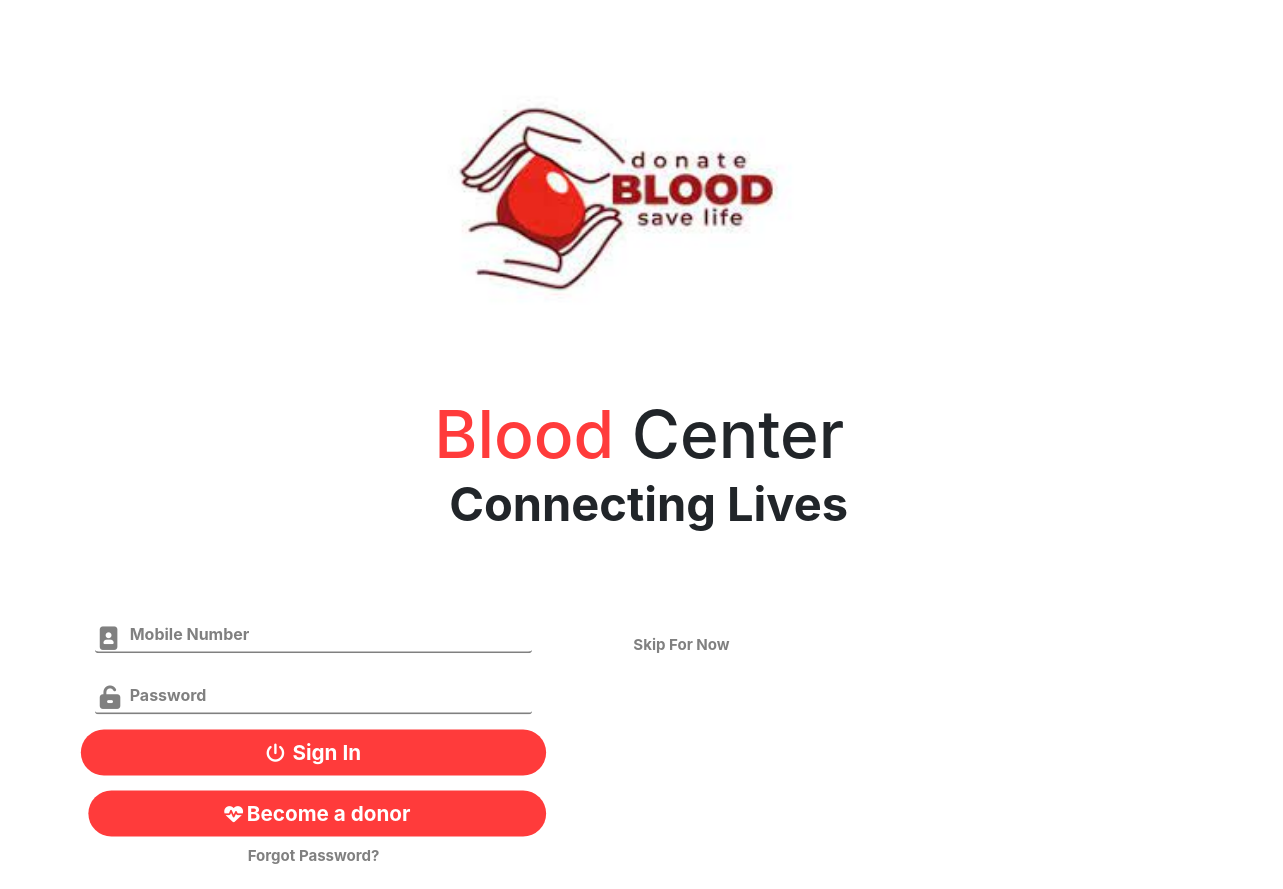
Repository: syedali042/jbds
Page: /
The author's editor kept a copy of each file at every save. The page is drawn from the files as they stood at one save, then again after the next save.
The browser window is 1280 px wide. The page is 1365 px wide, then 1280 px, so the pictures cover 1365 px, including what lies to the right of the window. The pictures show the whole page, at 94% of full size.
Some web libraries are served in a nearby version. The project was rebuilt for these pictures with package versions that can differ from the ones it lists, and the page was loaded fresh each time. Also part of the build but not shown: src/components/Header.js, src/components/About.js, src/components/Register.js, src/components/Header2.js, src/components/Home.js, src/components/Header4.js, src/components/Request.js, src/components/Header3.js and 1 more.

Above is the page before, as saved 2021-11-09 20:42:50.

After the next save:
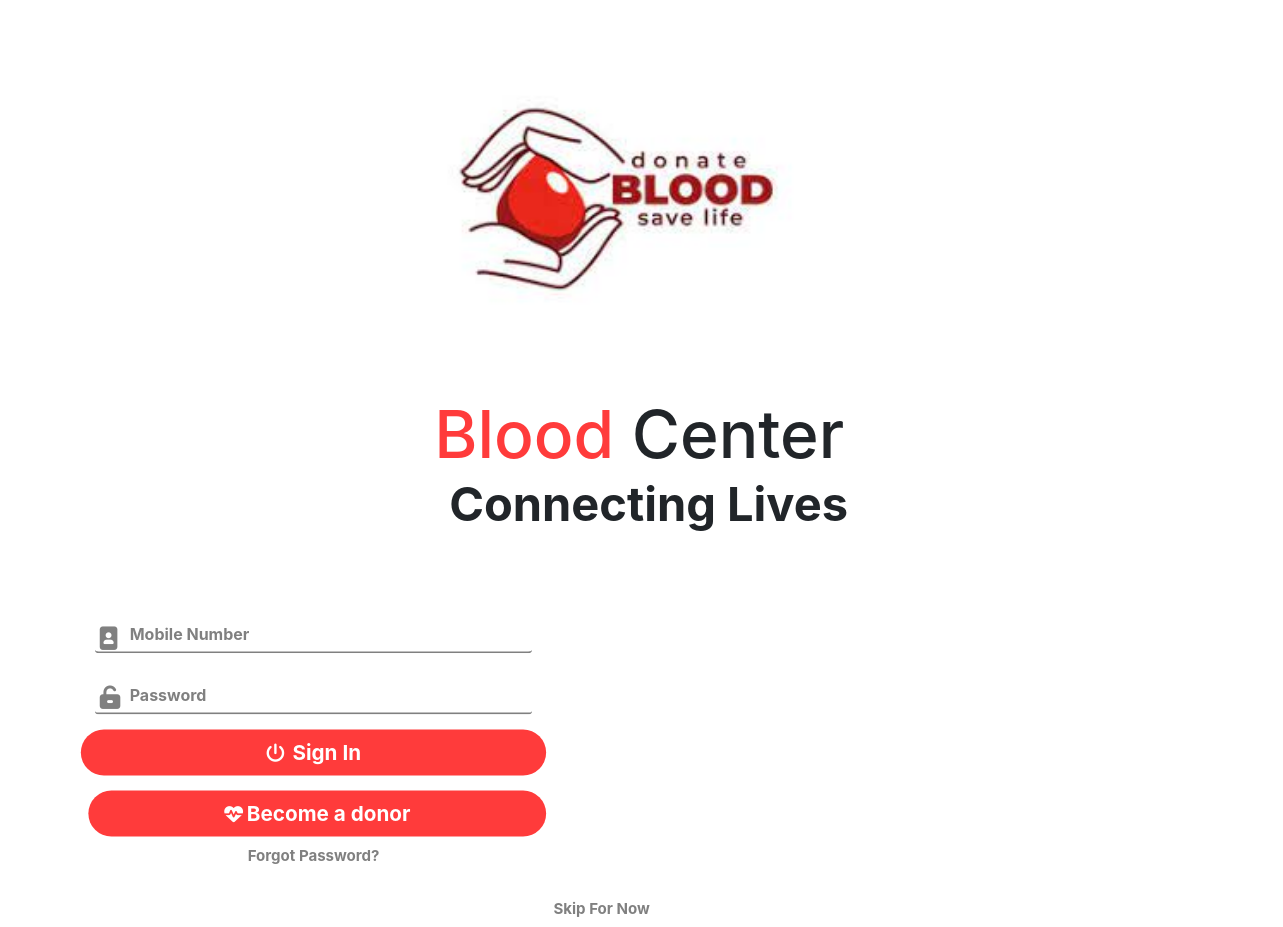
Saved 52 s later.
--- a/src/components/Login.js
+++ b/src/components/Login.js
@@ -88,7 +88,7 @@ function Login() {
                         </div>
                     </div>
                 </div>
-                <div className="position-absolute w-100 d-flex align-items-center justify-content-center" style={{bottom:15}}>
+                <div className="w-100 d-flex align-items-center justify-content-center" style={{bottom:15}}>
                     <a href="/home" className="text-decoration-none forgot p-2">Skip For Now</a>
                 </div>
             </div>
